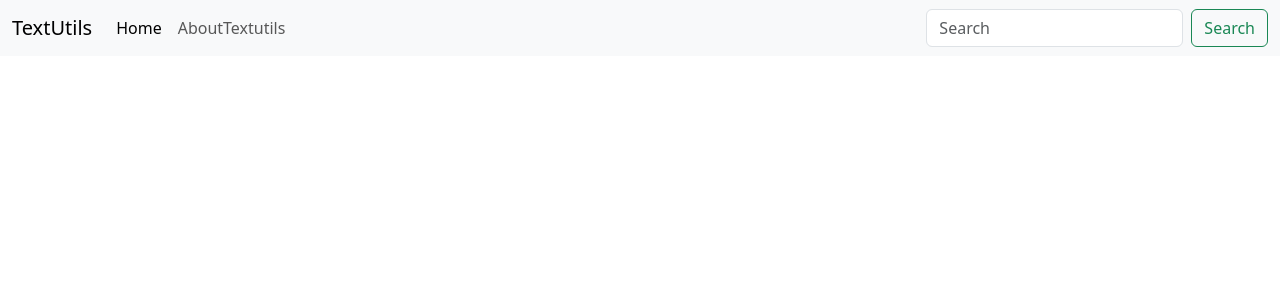
Repository: Rohit-foryou/Text-Utils
Page: /
An editor plug-in stored every save of this project. The page is shown before and after the next save, followed by the edit.
The browser window is 1280 px wide. The pictures show the whole page.
The project was rebuilt for these pictures with package versions that can differ from the ones it lists, and the page was loaded fresh each time. Also part of the build but not shown: src/index.css, src/App.css.

Above is the page before, as saved 2023-12-20 20:26:32.

After the next save:
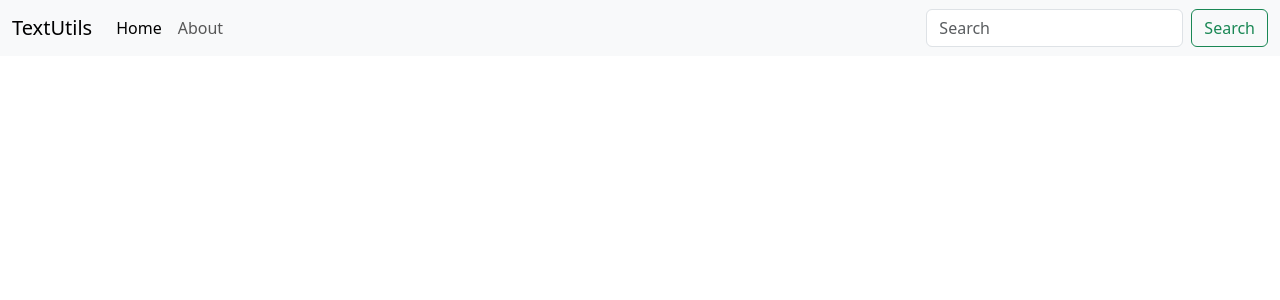
Saved 25 s later.
--- a/src/App.js
+++ b/src/App.js
@@ -5,7 +5,8 @@ import Navbar from "./components/Navbar";
 function App() {
   return (
     <>
-      <Navbar title = "TextUtils" aboutText = "AboutTextutils"/>
+      {/* <Navbar title = "TextUtils" aboutText = "AboutTextutils"/> */}
+      <Navbar title = "TextUtils"/>
     </>
   );
 }
